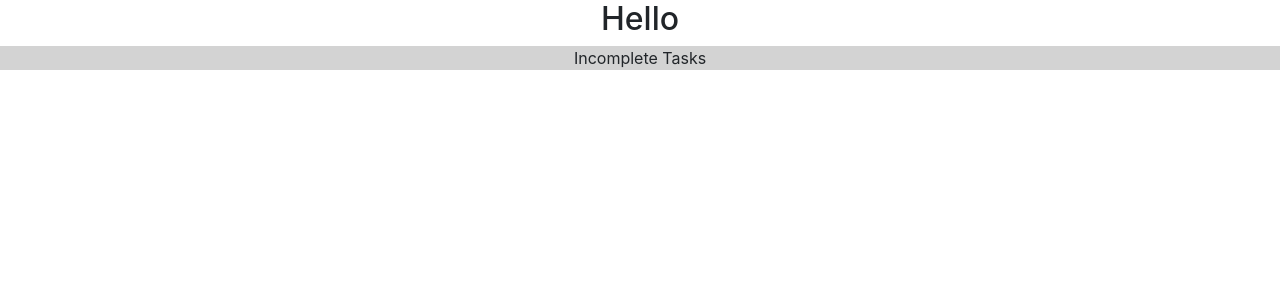
Repository: Sharif-00112/dashboard-task-frontend
Page: /
These files come from the project's save history. The page is drawn as it stood at one moment and after the next save; the edit follows.
The browser window is 1280 px wide. The pictures show the whole page.
The project was rebuilt for these pictures with package versions that can differ from the ones it lists, and the page was loaded fresh each time.

Above is the page before, as saved 2023-01-27 22:59:35.

### src/index.js
import React from 'react';
import 'bootstrap/dist/css/bootstrap.css';
import ReactDOM from 'react-dom/client';
import './index.css';
import App from './App';
import reportWebVitals from './reportWebVitals';

const root = ReactDOM.createRoot(document.getElementById('root'));
root.render(
  <React.StrictMode>
    <App />
  </React.StrictMode>
);

// If you want to start measuring performance in your app, pass a function
// to log results (for example: reportWebVitals(console.log))
// or send to an analytics endpoint. Learn more: https://bit.ly/CRA-vitals
reportWebVitals();

### src/App.js
import './App.css';
import Incomplete from './Components/Incomplete';

function App() {
  return (
    <div className="App">

      <h2>Hello</h2>
      <Incomplete></Incomplete>
    </div>
  );
}

export default App;

### src/Components/Incomplete.js
import React, { useState } from 'react';
import { useEffect } from 'react';
import './styles.css';

const Incomplete = () => {
    const [tasks, setTasks] = useState([]);
    useEffect( ()=> {
        fetch('./tasks.JSON')
        .then(res => res.json())
        .then(data => setTasks(data))
    } ,[])
    return (
        <div className='background'>
            Incomplete Tasks
            {
                console.log(tasks)
            }
        </div>
    );
};

export default Incomplete;

### src/Components/styles.css
.background{
    background-color: lightgray;
}

### public/tasks.JSON
[
    {
      "clientName": "Client Name",
      "clientImg": "clientIMG.jpg",
      "supervisorName": "Sadik Istiak",
      "supervisorImg": "supervisorIMG.jpg",
      "taskSummary": "Lorem ipsum dolor sit amet consectetur adipisicing elit. Pariatur velit nemo accusamus. Dolorum, doloribus quisquam unde repellat iusto voluptatum quasi?",
      "progress": "1/2",
      "staff1Img": "staff1.jpg",
      "staff2Img": "staff2.jpg",
      "modules": 12,
      "message": 15,
      "attachment": 25,
      "date": "30-12-2022"
    },
    {
      "clientName": "Client Name",
      "clientImg": "clientIMG.jpg",
      "supervisorName": "Sadik Istiak",
      "supervisorImg": "supervisorIMG.jpg",
      "taskSummary": "Lorem ipsum dolor sit amet consectetur adipisicing elit. Pariatur velit nemo accusamus. Dolorum, doloribus quisquam unde repellat iusto voluptatum quasi?",
      "progress": "1/2",
      "staff1Img": "staff1.jpg",
      "staff2Img": "staff2.jpg",
      "modules": 12,
      "message": 15,
      "attachment": 25,
      "date": "30-12-2022"
    },
    {
      "clientName": "Client Name",
      "clientImg": "clientIMG.jpg",
      "supervisorName": "Sadik Istiak",
      "supervisorImg": "supervisorIMG.jpg",
      "taskSummary": "Lorem ipsum dolor sit amet consectetur adipisicing elit. Pariatur velit nemo accusamus. Dolorum, doloribus quisquam unde repellat iusto voluptatum quasi?",
      "progress": "1/2",
      "staff1Img": "staff1.jpg",
      "staff2Img": "staff2.jpg",
      "modules": 12,
      "message": 15,
      "attachment": 25,
      "date": "30-12-2022"
    },
    {
      "clientName": "Client Name",
      "clientImg": "clientIMG.jpg",
      "supervisorName": "Sadik Istiak",
      "supervisorImg": "supervisorIMG.jpg",
      "taskSummary": "Lorem ipsum dolor sit amet consectetur adipisicing elit. Pariatur velit nemo accusamus. Dolorum, doloribus quisquam unde repellat iusto voluptatum quasi?",
      "progress": "1/2",
      "staff1Img": "staff1.jpg",
      "staff2Img": "staff2.jpg",
      "modules": 12,
      "message": 15,
      "attachment": 25,
      "date": "30-12-2022"
    },
    {
      "clientName": "Client Name",
      "clientImg": "clientIMG.jpg",
      "supervisorName": "Sadik Istiak",
      "supervisorImg": "supervisorIMG.jpg",
      "taskSummary": "Lorem ipsum dolor sit amet consectetur adipisicing elit. Pariatur velit nemo accusamus. Dolorum, doloribus quisquam unde repellat iusto voluptatum quasi?",
      "progress": "1/2",
      "staff1Img": "staff1.jpg",
      "staff2Img": "staff2.jpg",
      "modules": 12,
      "message": 15,
      "attachment": 25,
      "date": "30-12-2022"
    },
    {
      "clientName": "Client Name",
      "clientImg": "clientIMG.jpg",
      "supervisorName": "Sadik Istiak",
      "supervisorImg": "supervisorIMG.jpg",
      "taskSummary": "Lorem ipsum dolor sit amet consectetur adipisicing elit. Pariatur velit nemo accusamus. Dolorum, doloribus quisquam unde repellat iusto voluptatum quasi?",
      "progress": "1/2",
      "staff1Img": "staff1.jpg",
      "staff2Img": "staff2.jpg",
      "modules": 12,
      "message": 15,
      "attachment": 25,
      "date": "30-12-2022"
    },
    {
      "clientName": "Client Name",
      "clientImg": "clientIMG.jpg",
      "supervisorName": "Sadik Istiak",
      "supervisorImg": "supervisorIMG.jpg",
      "taskSummary": "Lorem ipsum dolor sit amet consectetur adipisicing elit. Pariatur velit nemo accusamus. Dolorum, doloribus quisquam unde repellat iusto voluptatum quasi?",
      "progress": "1/2",
      "staff1Img": "staff1.jpg",
      "staff2Img": "staff2.jpg",
      "modules": 12,
      "message": 15,
      "attachment": 25,
      "date": "30-12-2022"
    },
    {
      "clientName": "Client Name",
      "clientImg": "clientIMG.jpg",
      "supervisorName": "Sadik Istiak",
      "supervisorImg": "supervisorIMG.jpg",
      "taskSummary": "Lorem ipsum dolor sit amet consectetur adipisicing elit. Pariatur velit nemo accusamus. Dolorum, doloribus quisquam unde repellat iusto voluptatum quasi?",
      "progress": "1/2",
      "staff1Img": "staff1.jpg",
      "staff2Img": "staff2.jpg",
      "modules": 12,
      "message": 15,
      "attachment": 25,
      "date": "30-12-2022"
    },
    {
      "clientName": "Client Name",
      "clientImg": "clientIMG.jpg",
      "supervisorName": "Sadik Istiak",
      "supervisorImg": "supervisorIMG.jpg",
      "taskSummary": "Lorem ipsum dolor sit amet consectetur adipisicing elit. Pariatur velit nemo accusamus. Dolorum, doloribus quisquam unde repellat iusto voluptatum quasi?",
      "progress": "1/2",
      "staff1Img": "staff1.jpg",
      "staff2Img": "staff2.jpg",
      "modules": 12,
      "message": 15,
      "attachment": 25,
      "date": "30-12-2022"
    },
    {
      "clientName": "Client Name",
      "clientImg": "clientIMG.jpg",
      "supervisorName": "Sadik Istiak",
      "supervisorImg": "supervisorIMG.jpg",
      "taskSummary": "Lorem ipsum dolor sit amet consectetur adipisicing elit. Pariatur velit nemo accusamus. Dolorum, doloribus quisquam unde repellat iusto voluptatum quasi?",
      "progress": "1/2",
      "staff1Img": "staff1.jpg",
      "staff2Img": "staff2.jpg",
      "modules": 12,
      "message": 15,
      "attachment": 25,
      "date": "30-12-2022"
    }
]

Loaded but not shown: public/index.html (common file); src/index.css (common file); src/reportWebVitals.js (common file); src/App.css (common file)

After the next save:
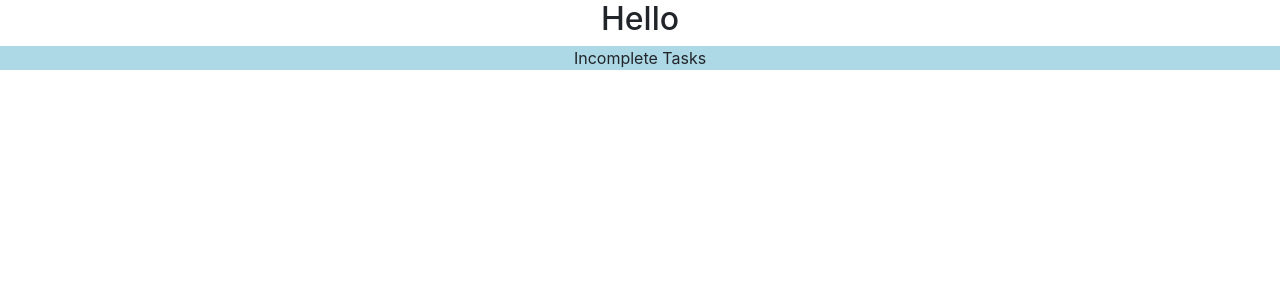
Saved 14 min 56 s later.
--- a/src/Components/styles.css
+++ b/src/Components/styles.css
@@ -1,3 +1,3 @@
 .background{
-    background-color: lightgray;
+    background-color: lightblue;
 }
